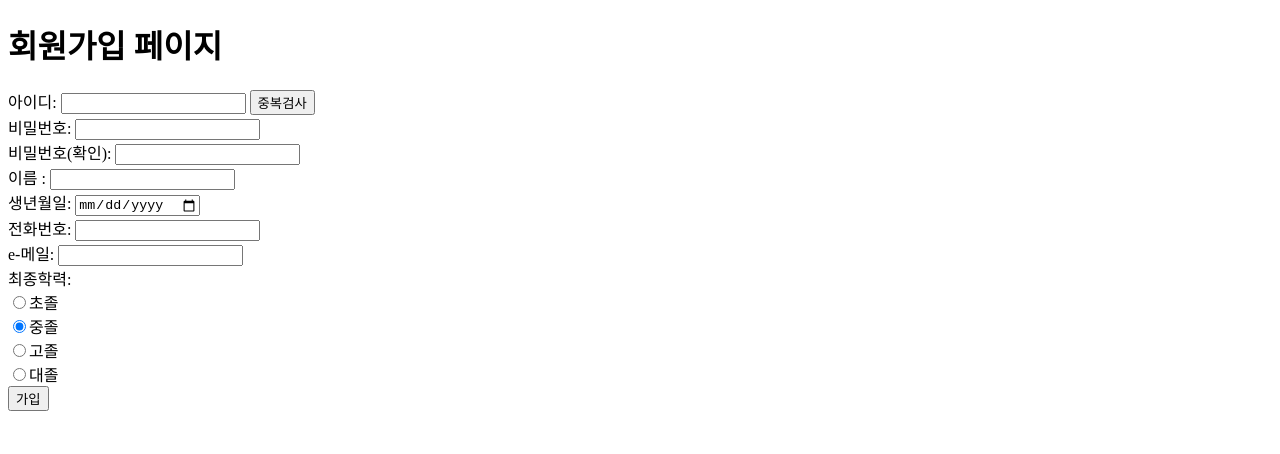
Repository: rmh6363/javastudy
Page: HelloWorld/WebContent/d.html
An editor plug-in stored every save of this project. The page is shown before and after the next save, followed by the edit.
The browser window is 1280 px wide. The pictures show the whole page.

Above is the page before, as saved 2020-12-04 08:07:47.

After the next save:
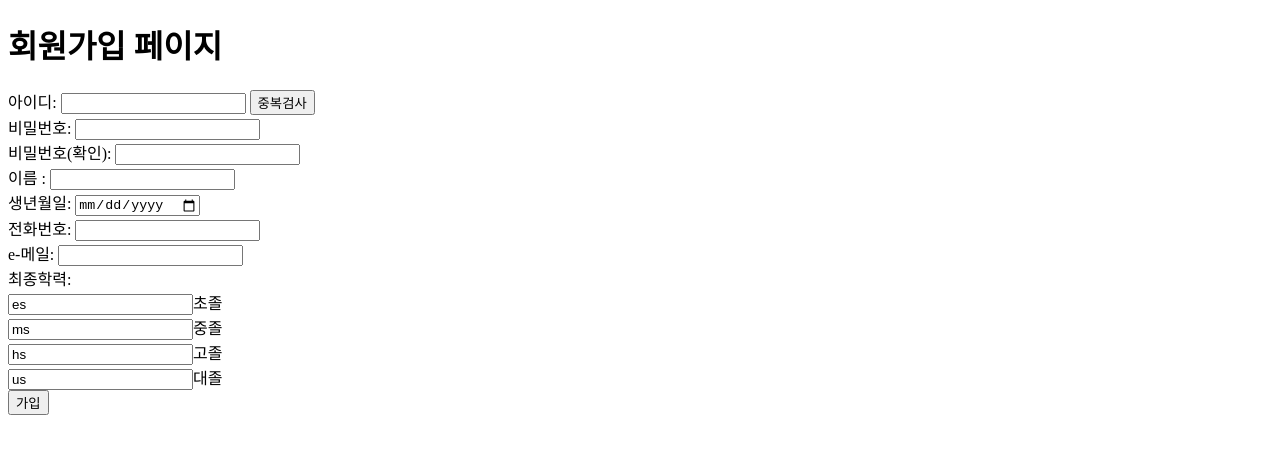
Saved 27 s later.
--- a/HelloWorld/WebContent/d.html
+++ b/HelloWorld/WebContent/d.html
@@ -31,13 +31,13 @@
 <br>
 <label for= "school">최종학력:</label>
 <br>
-<input id = "school" type="radio" name="school" value="es">초졸
+<input id = "school" type = "text" type="radio" name="school" value="es">초졸
 <br>
-<input id = "school" type="radio" name = "school" value="ms" checked="checked">중졸
+<input id = "school" type = "text"type="radio" name = "school" value="ms" checked="checked">중졸
 <br>
-<input id = "school" type="radio" name = "school" value="hs">고졸
+<input id = "school" type = "text"type="radio" name = "school" value="hs">고졸
 <br>
-<input id = "school" type="radio" name = "school" value="us">대졸
+<input id = "school" type = "text"type="radio" name = "school" value="us">대졸
 <br>
 <input type="submit" value="가입">
 <br>

After the save that followed:
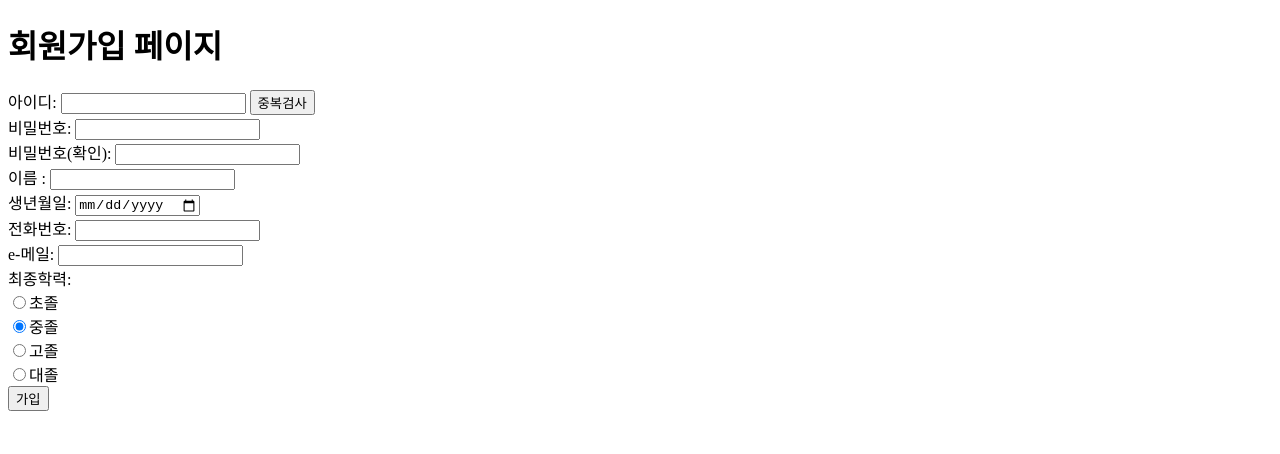
Saved 20 s later.
--- a/HelloWorld/WebContent/d.html
+++ b/HelloWorld/WebContent/d.html
@@ -31,13 +31,13 @@
 <br>
 <label for= "school">최종학력:</label>
 <br>
-<input id = "school" type = "text" type="radio" name="school" value="es">초졸
+<input id = "school" type="radio" name="school" type = "text" value="es">초졸
 <br>
-<input id = "school" type = "text"type="radio" name = "school" value="ms" checked="checked">중졸
+<input id = "school" type="radio" name = "school" type = "text"value="ms" checked="checked">중졸
 <br>
-<input id = "school" type = "text"type="radio" name = "school" value="hs">고졸
+<input id = "school" type="radio" name = "school" type = "text" value="hs">고졸
 <br>
-<input id = "school" type = "text"type="radio" name = "school" value="us">대졸
+<input id = "school" type="radio" name = "school" type = "text" value="us">대졸
 <br>
 <input type="submit" value="가입">
 <br>
